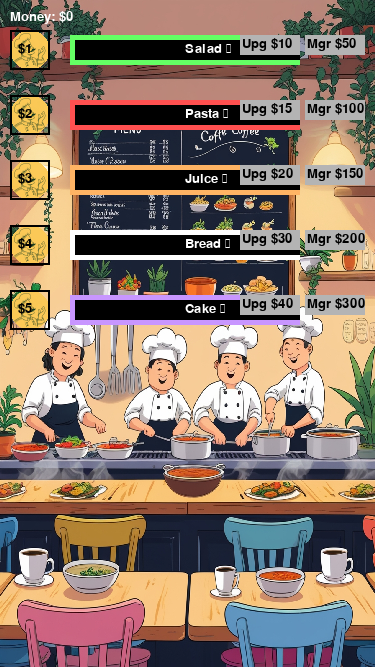
Repository: jontslater/idleclicker
Script's output: python main.py
An editor plug-in stored every save of this project. The script's output is shown before and after the next save, followed by the edit.
The window is shown after at most 60 frames with no key pressed. Random numbers start from a fixed seed. It also reads ChefCircle.png, Leonardo_Phoenix_10_A_cozy_cartoonstyle_restaurant_interior_wa_1.jpg.

Above is the script's output before, as saved 2025-04-21 13:14:41.

### main.py
import pygame

pygame.init()

# Screen setup (phone dimensions)
screen = pygame.display.set_mode([375, 667])
pygame.display.set_caption('Idle Restaurant')

# Load and scale background
background_img = pygame.image.load("c:/Users/lisaa/workspace/idleclicker/Leonardo_Phoenix_10_A_cozy_cartoonstyle_restaurant_interior_wa_1.jpg").convert()
background_img = pygame.transform.scale(background_img, (375, 667))
background = background_img

# Load chef icon image
Icon_img = pygame.image.load("C:/Users/lisaa/workspace/idleclicker/ChefCircle.png").convert_alpha()

# Colors
red = (255, 80, 80)
green = (100, 255, 100)
orange = (255, 180, 100)
white = (255, 255, 255)
black = (0, 0, 0)
purple = (200, 150, 255)
gray = (180, 180, 180)

# Font and clock
font = pygame.font.Font(None, 20)
framerate = 60
timer = pygame.time.Clock()

# Game values
score = 0

# Station data
stations = [
    {"name": "Salad 🥗", "color": green, "value": 1, "speed": 5, "length": 0, "draw": False, "auto": False, "upgrade_cost": 10, "manager_cost": 50, "manager_level": 0},
    {"name": "Pasta 🍝", "color": red, "value": 2, "speed": 4, "length": 0, "draw": False, "auto": False, "upgrade_cost": 15, "manager_cost": 100, "manager_level": 0},
    {"name": "Juice 🍊", "color": orange, "value": 3, "speed": 3, "length": 0, "draw": False, "auto": False, "upgrade_cost": 20, "manager_cost": 150, "manager_level": 0},
    {"name": "Bread 🍞", "color": white, "value": 4, "speed": 2, "length": 0, "draw": False, "auto": False, "upgrade_cost": 30, "manager_cost": 200, "manager_level": 0},
    {"name": "Cake 🍰", "color": purple, "value": 5, "speed": 1, "length": 0, "draw": False, "auto": False, "upgrade_cost": 40, "manager_cost": 300, "manager_level": 0},
]

def draw_circular_icon(image, position, size):
    # Resize the image
    icon_scaled = pygame.transform.smoothscale(image, (size, size)).convert_alpha()

    # Create a surface for the mask
    mask_surface = pygame.Surface((size, size), pygame.SRCALPHA)
    pygame.draw.circle(mask_surface, (255, 255, 255, 255), (size // 2, size // 2), size // 2)

    # Apply mask using BLEND_RGBA_MIN
    icon_scaled.blit(mask_surface, (0, 0), special_flags=pygame.BLEND_RGBA_MIN)

    # Blit the icon to the screen
    screen.blit(icon_scaled, position)

    return pygame.Rect(position[0], position[1], size, size)

def draw_station(station, y):
    global score

    if station["auto"]:
        station["draw"] = True

    # Progress logic
    if station["draw"] and station["length"] < 200:
        station["length"] += station["speed"]
    elif station["draw"] and station["length"] >= 200:
        station["draw"] = False
        station["length"] = 0
        score += station["value"]

    # Draw circular icon
    icon_rect = draw_circular_icon(Icon_img, (10, y - 20), 40,)
    pygame.draw.rect(screen, black, icon_rect, 2)

    # Progress bar background
    pygame.draw.rect(screen, station["color"], [70, y - 15, 230, 30])
    pygame.draw.rect(screen, black, [75, y - 10, 225, 20])
    pygame.draw.rect(screen, station["color"], [70, y - 15, station["length"], 30])

    # Text
    label = font.render(station["name"], True, white)
    screen.blit(label, (70 + (230 - station["length"]) // 2, y - 8))

    value_text = font.render(f"${station['value']}", True, black)
    screen.blit(value_text, (18, y - 8))

    # Buttons
    upg_btn = pygame.Rect(240, y - 15, 60, 20)
    mgr_btn = pygame.Rect(305, y - 15, 60, 20)

    pygame.draw.rect(screen, gray, upg_btn)
    pygame.draw.rect(screen, gray, mgr_btn)

    upg_label = font.render(f"Upg ${station['upgrade_cost']}", True, black)
    mgr_label = font.render(f"Mgr ${station['manager_cost']}", True, black)
    screen.blit(upg_label, (upg_btn.x + 2, upg_btn.y + 2))
    screen.blit(mgr_label, (mgr_btn.x + 2, mgr_btn.y + 2))

    return icon_rect, upg_btn, mgr_btn

# Game loop
running = True
while running:
    timer.tick(framerate)
    screen.blit(background, (0, 0))

    station_rects = []
    for i, station in enumerate(stations):
        task_y = 50 + i * 65
        rects = draw_station(station, task_y)
        station_rects.append(rects)

    # Score display
    money_text = font.render(f"Money: ${round(score, 2)}", True, white)
    screen.blit(money_text, (10, 10))

    pygame.display.update()

    # Event handling
    for event in pygame.event.get():
        if event.type == pygame.QUIT:
            running = False

        if event.type == pygame.MOUSEBUTTONDOWN:
            for i, station in enumerate(stations):
                task_rect, upg_rect, mgr_rect = station_rects[i]

                if task_rect.collidepoint(event.pos) and not station["auto"]:
                    station["draw"] = True

                if upg_rect.collidepoint(event.pos) and score >= station["upgrade_cost"]:
                    score -= station["upgrade_cost"]
                    station["speed"] += 1
                    station["upgrade_cost"] += 10

                if mgr_rect.collidepoint(event.pos) and score >= station["manager_cost"]:
                    score -= station["manager_cost"]
                    station["auto"] = True
                    station["manager_level"] += 1
                    station["manager_cost"] = int(station["manager_cost"] * 1.5)

pygame.quit()

After the next save:
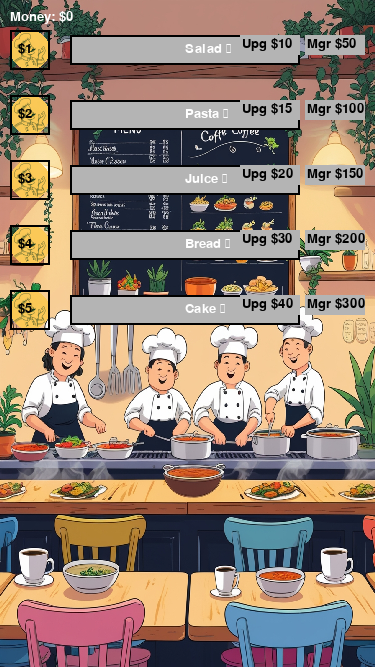
Saved 25 s later.
--- a/main.py
+++ b/main.py
@@ -75,9 +75,11 @@ def draw_station(station, y):
     pygame.draw.rect(screen, black, icon_rect, 2)
 
     # Progress bar background
-    pygame.draw.rect(screen, station["color"], [70, y - 15, 230, 30])
-    pygame.draw.rect(screen, black, [75, y - 10, 225, 20])
-    pygame.draw.rect(screen, station["color"], [70, y - 15, station["length"], 30])
+    # Progress bar with black border and background
+    pygame.draw.rect(screen, black, [70, y - 15, 230, 30], 2)  # Border
+    pygame.draw.rect(screen, gray, [72, y - 13, 226, 26])      # Background
+    pygame.draw.rect(screen, station["color"], [72, y - 13, station["length"], 26])  # Fill
+
 
     # Text
     label = font.render(station["name"], True, white)
